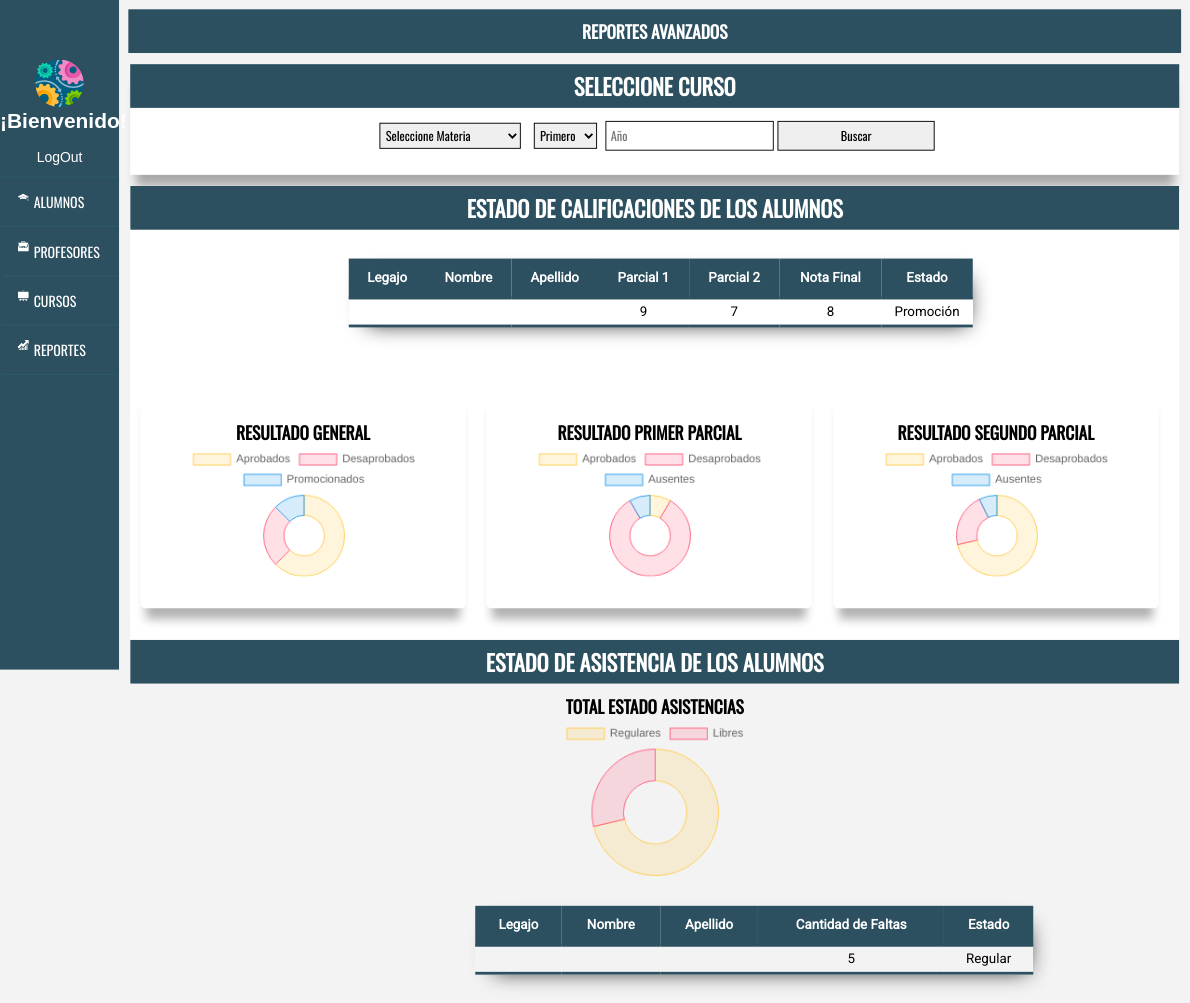
Repository: AlejandraBarrachina23/TPIntegrador_Barrachina_Java
Page: http://localhost/Alejandra_Barrachina_TP_Integrador1/reportes-avanzados.jsp
An editor plug-in stored every save of this project. The page is shown before and after the next save, followed by the edit.
The browser window is 1280 px wide. The pictures show the whole page, at 93% of full size.
Some web fonts or font styles are not loaded; a fallback is used. Some web libraries are served in a nearby version. The page is served by Tomcat 9. Nobody is signed in. The application's start-up code is not run. Other server files are loaded and not shown. The database holds what the project's SQL file puts in it.

Above is the page before, as saved 2019-12-13 03:51:15.

### Alejandra_Barrachina_TP_Integrador1/WebContent/reportes-avanzados.jsp
<%@ page language="java" contentType="text/html; charset=ISO-8859-1"
    pageEncoding="ISO-8859-1"%>
    <%@page import="Dominio.Alumno"%>
    <%@page import="Dominio.Materia"%>
    <%@page import="Negocio.MateriaNegocio"%>
    <%@page import="java.util.ArrayList"%>
<!DOCTYPE html>
<html>
<head>
<meta charset="ISO-8859-1">
<title>Sistema Universitarios</title>
<link href="estilos.css" type="text/css" rel=stylesheet>
<link href="https://fonts.googleapis.com/css?family=Oswald&display=swap" rel="stylesheet">
<link href="https://fonts.googleapis.com/css?family=Open+Sans:400,600&display=swap" rel="stylesheet">
<link href="https://fonts.googleapis.com/css?family=Roboto&display=swap" rel="stylesheet">
<link href="https://fonts.googleapis.com/css?family=Francois+One&display=swap" rel="stylesheet">
<link href="jquery.dataTables.min.css" type="text/css" rel=sytlesheet>
<script src="https://cdnjs.cloudflare.com/ajax/libs/Chart.js/2.8.0/Chart.js"></script>
<script src="jquery-3.4.1.min.js"></script>
<script src="jquery.dataTables.min.js"></script>

</head>
<body>

<nav>
<div id="user">
		<a href="index.jsp"><img id="icon-usuario" src="iconos/usuario-admin.svg" alt="imagen-usuario"></a>
		<h2>¡Bienvenido!</h2>
		<p>${usuario.usuario}</p>
		<a href="serveletUsuario">LogOut</a>
	</div>
<jsp:include page="menu-administrador.html"></jsp:include>
</nav>

<section class="section-principal">
	<div class="encabezados">
		<h3>REPORTES AVANZADOS</h3>
	</div>
	<div id="form-reportes-avanzados">
			<div class="busqueda-califaciones">
				<h2>SELECCIONE CURSO</h2>
				<select name="cboxMaterias" id="cboxMaterias" required>
					<option disabled selected>Seleccione Materia</option>
					<%
							MateriaNegocio Materias = new MateriaNegocio();
							for(Materia unaMateria : Materias.ListadoMaterias()){%>
							<option class="opciones" value="<%=unaMateria.getIdMateria()%>"><%= unaMateria.getNombre()%></option><%}%>
				</select>
				<select>
					<option value="Primero">Primero</option>
					<option value="Segundo">Segundo</option>
				</select>
				<input type="number" placeholder="Año" max=2030 min=2000>
				<input type="button" value="Buscar">
			</div>
			<div class="resultado-busqueda">
			<h2 class="titulos">ESTADO DE CALIFICACIONES DE LOS ALUMNOS</h2>
				<div class="tabla-resultado-busqueda">
					<table class="content-table" id="table_id">
						<thead>
							<tr>
								<th>Legajo</th>
								<th>Nombre</th>
								<th>Apellido</th>
								<th>Parcial 1</th>
								<th>Parcial 2</th>
								<th>Nota Final</th>
								<th>Estado</th>
							</tr>
						</thead>
						<tbody>
							<tr>
								  <td></td>
								  <td></td>
								  <td></td>
								  <td>9</td>
								  <td>7</td>
								  <td>8</td>
								  <td>Promoción</td>
							</tr>
						</tbody>
					</table>
				</div>
				<div class="graficos-resultado-busqueda">
					<div class="form-reportes-graficos">
						<h3>RESULTADO GENERAL</h3>
						<canvas id="estado-alumnos"></canvas>
					</div>
					<div class="form-reportes-graficos">
						<h3>RESULTADO PRIMER PARCIAL</h3>
						<canvas id="notas-primer-parcial"></canvas>
					</div>
					<div class="form-reportes-graficos">
						<h3>RESULTADO SEGUNDO PARCIAL</h3>
						<canvas id="notas-segundo-parcial"></canvas>
					</div>
				</div>
			</div>
			<div class="resultado-busqueda-asistencias">
			<h2 class="titulos">ESTADO DE ASISTENCIA DE LOS ALUMNOS</h2>
				<div class="graficos-resultado-busqueda">
					<div class="form-reportes-graficos-asistencias">
						<h3>TOTAL ESTADO ASISTENCIAS</h3>
						<canvas id="estado-asistencias"></canvas>
					</div>
				</div>
					<div class="tabla-resultado-busqueda">
					<table class="content-table">
						<thead>
							<tr>
								<th>Legajo</th>
								<th>Nombre</th>
								<th>Apellido</th>
								<th>Cantidad de Faltas</th>
								<th>Estado</th>
							</tr>
						</thead>
						<tbody>
							<tr>
								  <td></td>
								  <td></td>
								  <td></td>
								  <td>5</td>
								  <td>Regular</td>
							</tr>
						</tbody>
					</table>
				</div>
			</div>
	</div>
</section>
<script>
var ctx = document.getElementById('estado-alumnos').getContext('2d');
var myChart = new Chart(ctx, {
    type: 'doughnut',
    data: {
        labels: ['Aprobados','Desaprobados', 'Promocionados'],
        datasets: [

        	{
	        	label:"Alumnos",
	            data: [5, 2, 1],
	            fill: false,
	            borderWidth: 1,
	            backgroundColor: [
	                'rgba(255, 206, 86, 0.2)',
	                'rgba(255, 99, 132, 0.2)',
	                'rgba(54, 162, 235, 0.2)'
	            ],
	            borderColor: [

	            	'rgba(255, 206, 86, 1)',
	            	'rgba(255, 99, 132, 1)',
	                'rgba(54, 162, 235, 1)'

	            ]
        	}

        ]
    }
});

var ctx = document.getElementById('notas-segundo-parcial').getContext('2d');
var myChart = new Chart(ctx, {
    type: 'doughnut',
    data: {
        labels: ['Aprobados','Desaprobados', 'Ausentes'],
        datasets: [

        	{
	        	label:"Alumnos",
	            data: [10, 3, 1],
	            fill: false,
	            borderWidth: 1,
	            backgroundColor: [
	                'rgba(255, 206, 86, 0.2)',
	                'rgba(255, 99, 132, 0.2)',
	                'rgba(54, 162, 235, 0.2)'
	            ],
	            borderColor: [

	            	'rgba(255, 206, 86, 1)',
	            	'rgba(255, 99, 132, 1)',
	                'rgba(54, 162, 235, 1)'

	            ]
        	}

        ]
    }
});

var ctx = document.getElementById('notas-primer-parcial').getContext('2d');
var myChart = new Chart(ctx, {
    type: 'doughnut',
    data: {
        labels: ['Aprobados','Desaprobados', 'Ausentes'],
        datasets: [

        	{
	        	label:"Alumnos",
	            data: [1, 10, 1],
	            fill: false,
	            borderWidth: 1,
	            backgroundColor: [
	                'rgba(255, 206, 86, 0.2)',
	                'rgba(255, 99, 132, 0.2)',
	                'rgba(54, 162, 235, 0.2)'
	            ],
	            borderColor: [

	            	'rgba(255, 206, 86, 1)',
	            	'rgba(255, 99, 132, 1)',
	                'rgba(54, 162, 235, 1)'

	            ]
        	}

        ]
    }
});

var ctx = document.getElementById('estado-asistencias').getContext('2d');
var myChart = new Chart(ctx, {
    type: 'doughnut',
    data: {
        labels: ['Regulares','Libres'],
        datasets: [

        	{
	        	label:"Alumnos",
	            data: [5, 2],
	            fill: false,
	            borderWidth: 1,
	            backgroundColor: [
	                'rgba(255, 206, 86, 0.2)',
	                'rgba(255, 99, 132, 0.2)'
	            ],
	            borderColor: [

	            	'rgba(255, 206, 86, 1)',
	            	'rgba(255, 99, 132, 1)'

	            ]
        	}

        ]
    }
});

</script>
</body>
</html>

### Alejandra_Barrachina_TP_Integrador1/WebContent/menu-administrador.html


<style>
@import url('https://fonts.googleapis.com/css?family=Francois+One&display=swap');
</style>

	<ul>
		<a href="alumnos.jsp"><li><img class="icon" alt="cursos" src="iconos/estudiantes.svg">ALUMNOS</li></a>
		<a href="profesores.jsp"><li><img class="icon" alt="cursos" src="iconos/profesores.svg">PROFESORES</li></a>
		<a href="cursos.jsp"><li><img class="icon" alt="profesores" src="iconos/cursos.svg">CURSOS</li></a>
		<a href="reportes.jsp"><li><img class="icon" alt="cursos" src="iconos/reportes.svg">REPORTES</li></a>
	</ul>

### Alejandra_Barrachina_TP_Integrador1/src/Negocio/INegocioMateria.java
package Negocio;
import java.sql.SQLException;
import java.util.ArrayList;
import Dominio.Materia;

public interface INegocioMateria {

	public ArrayList<Materia> ListadoMaterias() throws SQLException;


}

### Alejandra_Barrachina_TP_Integrador1/src/Negocio/MateriaNegocio.java
package Negocio;
import java.sql.SQLException;
import java.util.ArrayList;
import DAO.MateriaDAO;
import Dominio.Materia;

public class MateriaNegocio implements INegocioMateria {

	private MateriaDAO unaMateriaDAO = new MateriaDAO();

	public ArrayList<Materia> ListadoMaterias() throws SQLException{

		return unaMateriaDAO.ListadoMateria();

	}

}

### Alejandra_Barrachina_TP_Integrador1/src/DAO/MateriaDAO.java
package DAO;
import java.sql.ResultSet;
import java.sql.SQLException;
import java.sql.Statement;
import java.util.ArrayList;
import Dominio.Materia;

public class MateriaDAO {

	private ConexionDB nuevaConexion;

	public ArrayList<Materia> ListadoMateria() throws SQLException{

		ArrayList<Materia> ListadoMaterias = new ArrayList<Materia>();
		nuevaConexion = new ConexionDB();
		nuevaConexion.Open();

		try {

			ResultSet TablaResultados= nuevaConexion.query("SELECT * FROM Materia;");

			while(TablaResultados.next()) {

				Materia unaMateria = new Materia();
				unaMateria.setIdMateria(TablaResultados.getInt("IdMateria"));
				unaMateria.setNombre(TablaResultados.getString("Nombre"));
				ListadoMaterias.add(unaMateria);

			}
		}
	catch (Exception e) {

			e.printStackTrace();
			System.out.print("No cargo "+ e);
		}

		finally {
			nuevaConexion.close();
		}

		return ListadoMaterias;
	}


}

### Alejandra_Barrachina_TP_Integrador1/src/DAO/ConexionDB.java
package DAO;
import java.sql.Statement;
import java.sql.Connection;
import java.sql.DriverManager;
import java.sql.ResultSet;
import java.sql.SQLException;

public class ConexionDB {

	private String host = "jdbc:mysql://localhost:3306/";
	private String user = "root";
	private String pass = "admin";
	private String dbName = "SistemaUniversitario?useUnicode=true&useJDBCCompliantTimezoneShift=true&useLegacyDatetimeCode=false&serverTimezone=UTC";

	protected Connection connection;

	public Connection Open()
	{
		try
		{
			Class.forName("com.mysql.jdbc.Driver");
			this.connection = DriverManager.getConnection(host+dbName, user, pass);
		}
		catch(Exception e)
		{
			e.printStackTrace();
		}
		return this.connection;
	}

	public ResultSet query(String query)
	{
		Statement st;
		ResultSet rs=null;
		try
		{
			st= connection.createStatement();
			rs= st.executeQuery(query);
		}
		catch(SQLException e)
		{
			e.printStackTrace();
		}
		return rs;
	}

	public boolean execute(String query)
	{
		Statement st;
		boolean save = true;
		try {
			st = connection.createStatement();
		    st.executeUpdate(query);
		}
		catch(SQLException e)
		{
			save = false;
			e.printStackTrace();
		}
		return save;
	}

	public boolean close()
	{
		boolean ok=true;
		try {
			connection.close();
		}
		catch(Exception e)
		{
			ok= false;
			e.printStackTrace();
		}
		return ok;
	}


}

### Alejandra_Barrachina_TP_Integrador1/src/Dominio/Materia.java
package Dominio;

public class Materia {

	private int IdMateria;
	private String Nombre;

	public int getIdMateria() {
		return IdMateria;
	}
	public void setIdMateria(int idMateria) {
		IdMateria = idMateria;
	}
	public String getNombre() {
		return Nombre;
	}
	public void setNombre(String nombre) {
		Nombre = nombre;
	}

}

### Alejandra_Barrachina_TP_Integrador1/build/classes/backupDB.sql (the tables this page reads)
CREATE TABLE `materia` (
  `IdMateria` int(5) NOT NULL AUTO_INCREMENT,
  `Nombre` varchar(50) NOT NULL,
  PRIMARY KEY (`IdMateria`)
) ENGINE=InnoDB AUTO_INCREMENT=22 DEFAULT CHARSET=utf8mb4 COLLATE=utf8mb4_0900_ai_ci;

INSERT INTO `materia` VALUES (1,'Programacion 1'),(2,'SPD'),(3,'Matematica'),(4,'Ingles'),(5,'Laboratorio 1'),(6,'Programacion 2'),(7,'ARSO'),(8,'Estadistica'),(9,'Ingles 2'),(10,'Laboratorio 2'),(11,'Metodologia Investigacion'),(12,'Programacion 3'),(13,'Contabilidad'),(14,'Organizacion Empresarial'),(15,'Elementos'),(16,'Laboratorio 3'),(17,'Metodologia Sistemas'),(18,'Base de Datos'),(19,'Legislacion'),(20,'Laboratorio 4'),(21,'Practica Profesional');

Loaded but not shown: Alejandra_Barrachina_TP_Integrador1/WebContent/jquery-3.4.1.min.js (library); Alejandra_Barrachina_TP_Integrador1/WebContent/jquery.dataTables.min.js (library); Alejandra_Barrachina_TP_Integrador1/WebContent/iconos/usuario-admin.svg (1 lines, source omitted); Alejandra_Barrachina_TP_Integrador1/WebContent/iconos/reportes.svg (10 lines, source omitted); Alejandra_Barrachina_TP_Integrador1/WebContent/iconos/cursos.svg (6 lines, source omitted); Alejandra_Barrachina_TP_Integrador1/WebContent/iconos/estudiantes.svg (7 lines, source omitted); Alejandra_Barrachina_TP_Integrador1/WebContent/iconos/profesores.svg (2 lines, source omitted); Alejandra_Barrachina_TP_Integrador1/WebContent/estilos.css (1336 lines, source omitted)

After the next save:
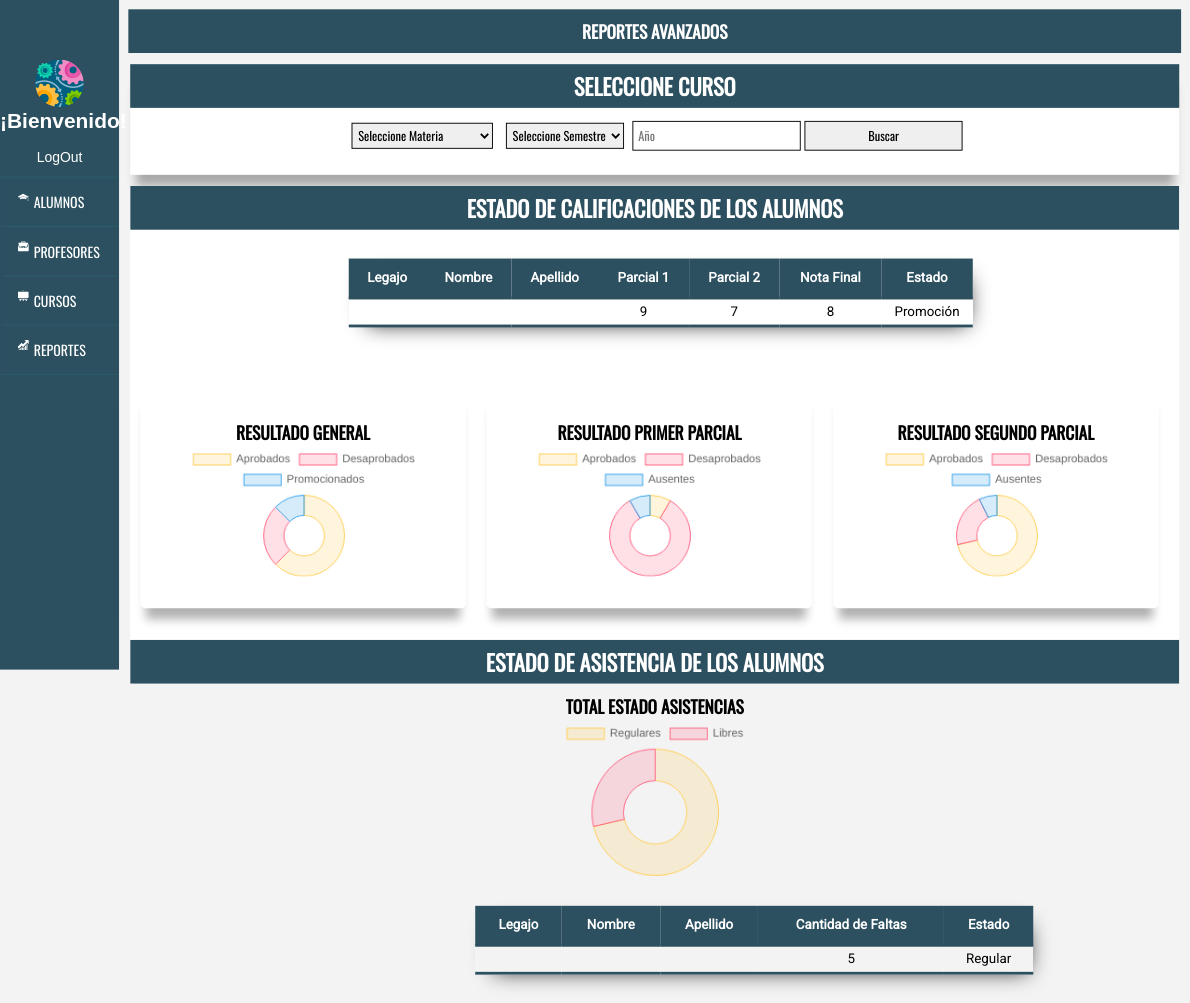
Saved 35 s later.
--- a/Alejandra_Barrachina_TP_Integrador1/WebContent/reportes-avanzados.jsp
+++ b/Alejandra_Barrachina_TP_Integrador1/WebContent/reportes-avanzados.jsp
@@ -47,6 +47,7 @@
 							<option class="opciones" value="<%=unaMateria.getIdMateria()%>"><%= unaMateria.getNombre()%></option><%}%>
 				</select>
 				<select>
+					<option disabled selected>Seleccione Semestre</option>
 					<option value="Primero">Primero</option>
 					<option value="Segundo">Segundo</option>
 				</select>
